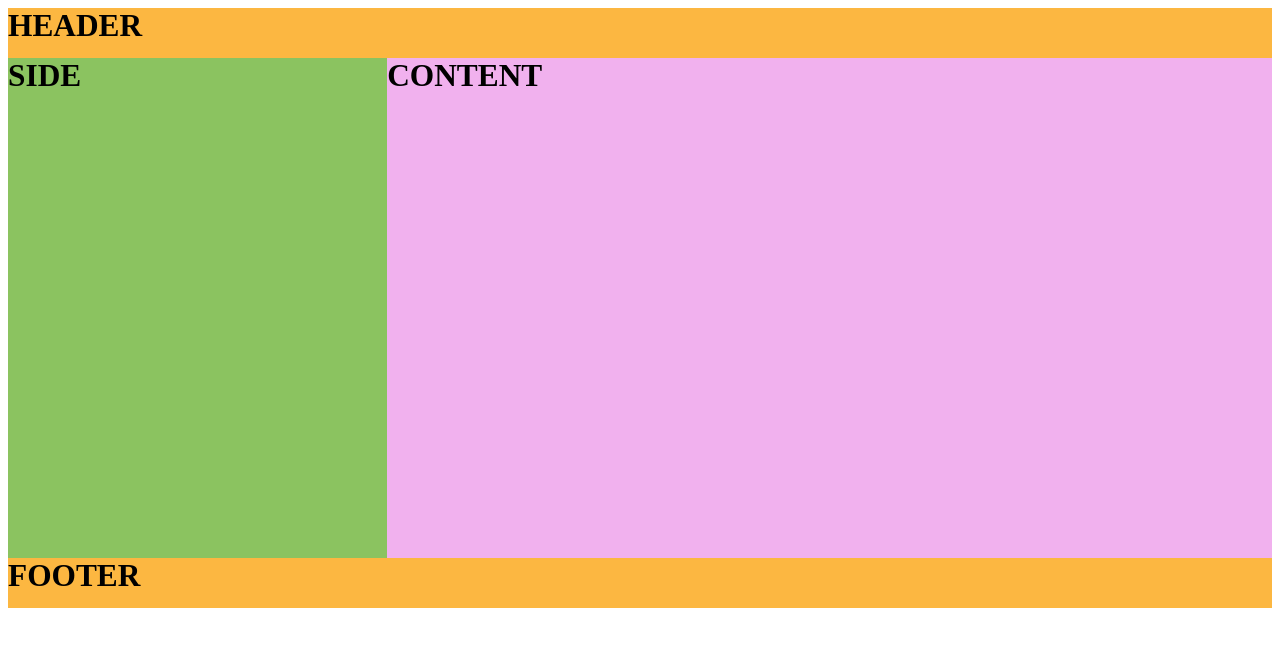
Repository: DuongThanhLong/Basic-responsive-HTML--CSS
Page: Flexbox/index.html
The author's editor kept a copy of each file at every save. The page is drawn from the files as they stood at one save, then again after the next save.
The browser window is 1280 px wide. The pictures show the whole page.

Above is the page before, as saved 2021-09-21 20:21:27.

After the next save:
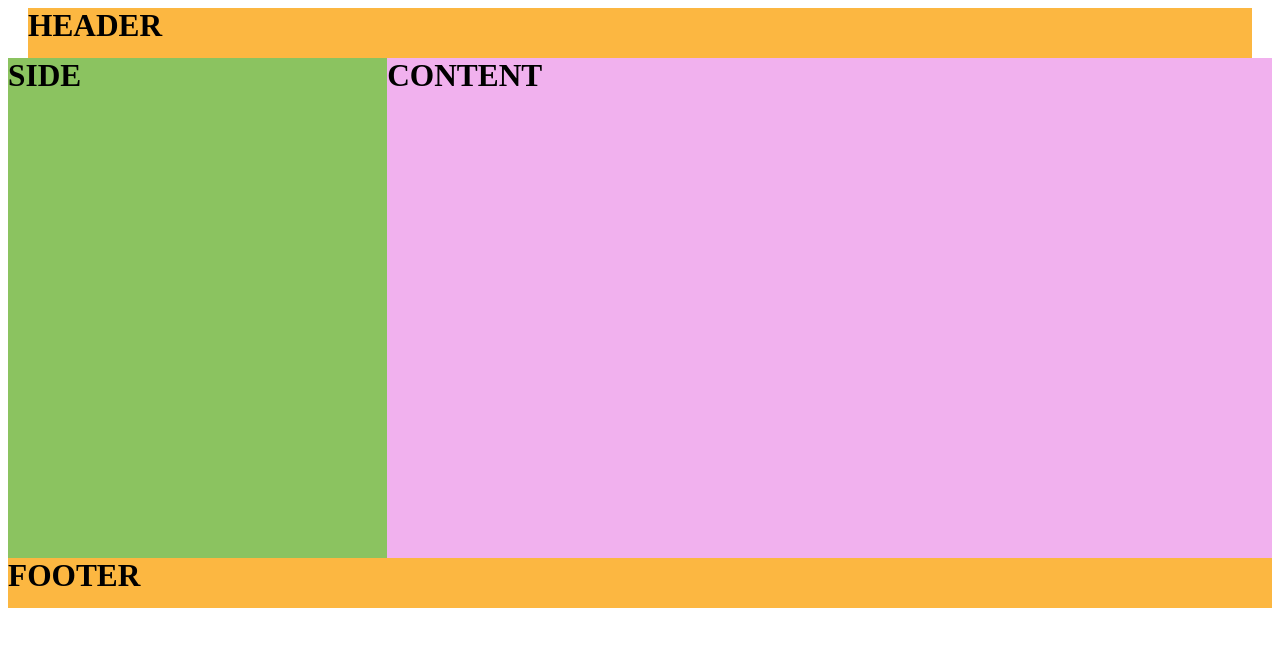
Saved 51 s later.
--- a/Flexbox/style.css
+++ b/Flexbox/style.css
@@ -7,6 +7,8 @@ header {
     font-weight: bold;
     background-color: #FCB741;
     height: 50px;
+    margin-left: 20px;
+    margin-right: 20px;
 }
 
 .center {
